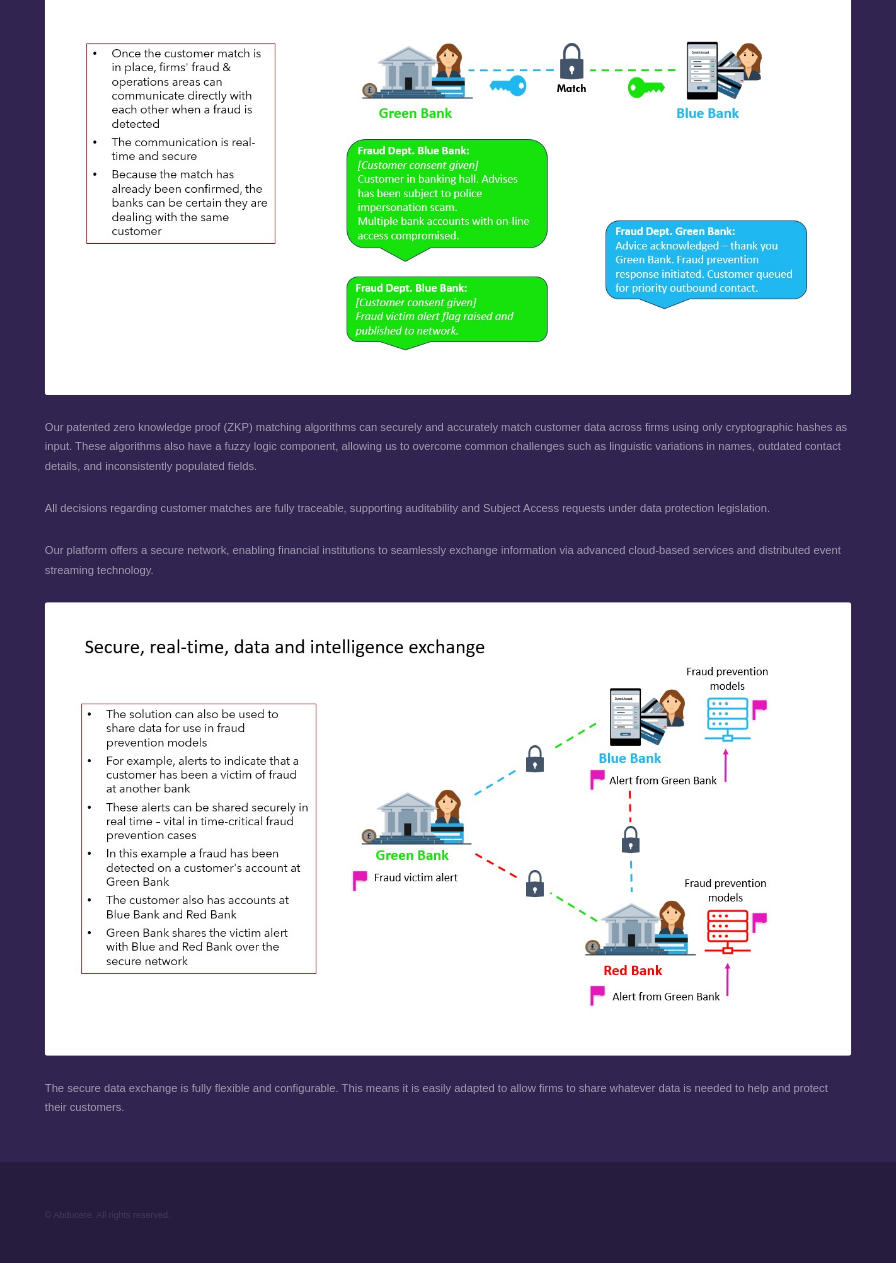
Repository: nocnoc94/nocnoc94.github.io
Page: our-solution.html
The author's editor kept a copy of each file at every save. The page is drawn from the files as they stood at one save, then again after a run of saves.
The browser window is 1280 px wide. The pictures show the part of the page from y = 1426 to 3346 px (the page is 3230 px tall before and 3346 px after), at 70% of full size.

Above is the page before, as saved 2024-03-21 16:26:00.

After the next 4 saves:
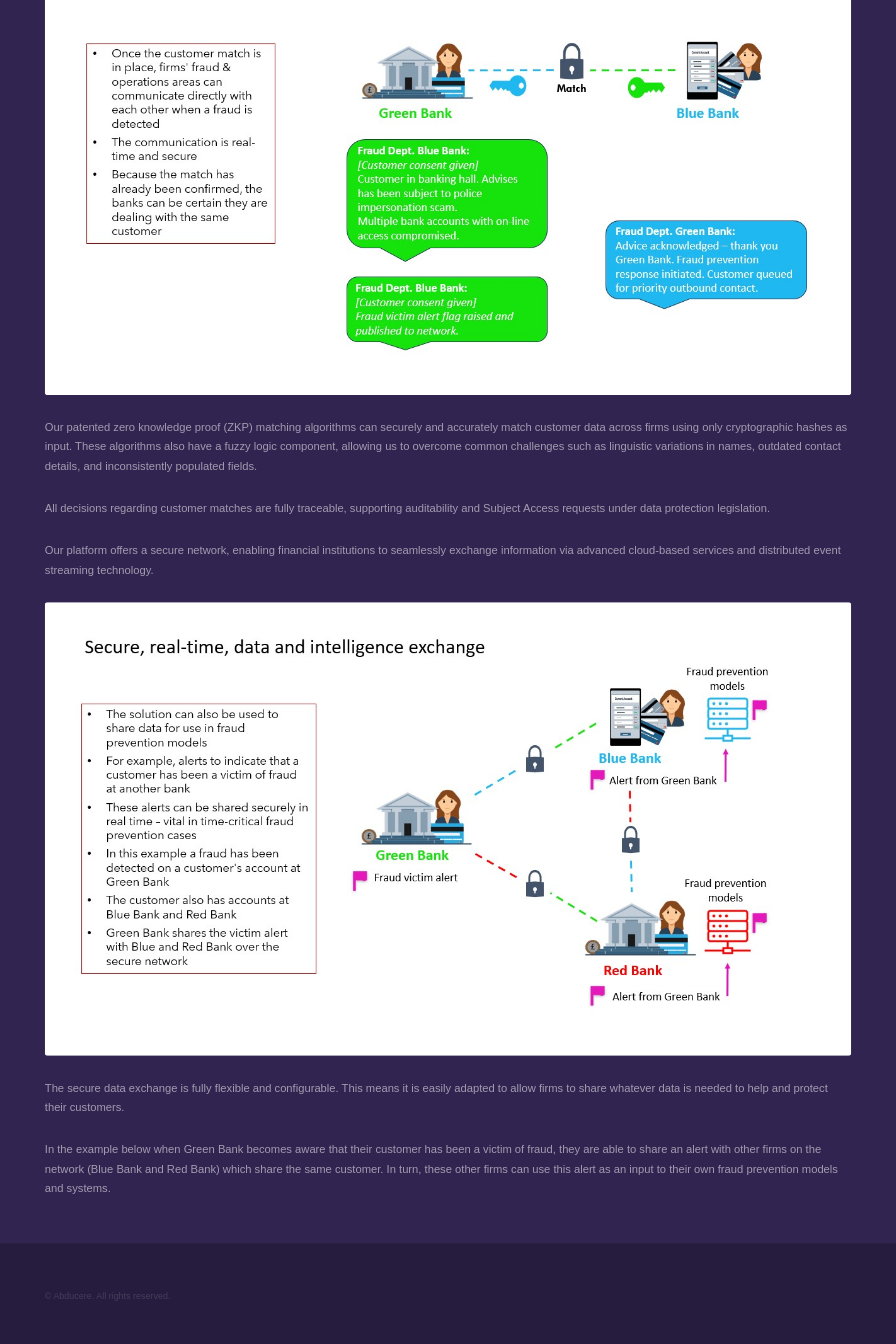
The 4 saves are shown as one change because they came seconds apart.
The last was saved 13 s later.
--- a/our-solution.html
+++ b/our-solution.html
@@ -65,7 +65,11 @@
 				<p>The secure data exchange is fully flexible and configurable. This means it is easily adapted to allow
 					firms to share whatever data is needed to help and protect their customers.
 				</p>
-				<p></p>
+				<p>In the example below when Green Bank becomes aware that their customer has been a victim of fraud,
+					they are able to share an alert with other firms on the network (Blue Bank and Red Bank) which share
+					the same customer. In turn, these other firms can use this alert as an input to their own fraud
+					prevention models and systems.
+				</p>
 			</div>
 		</section>
 
